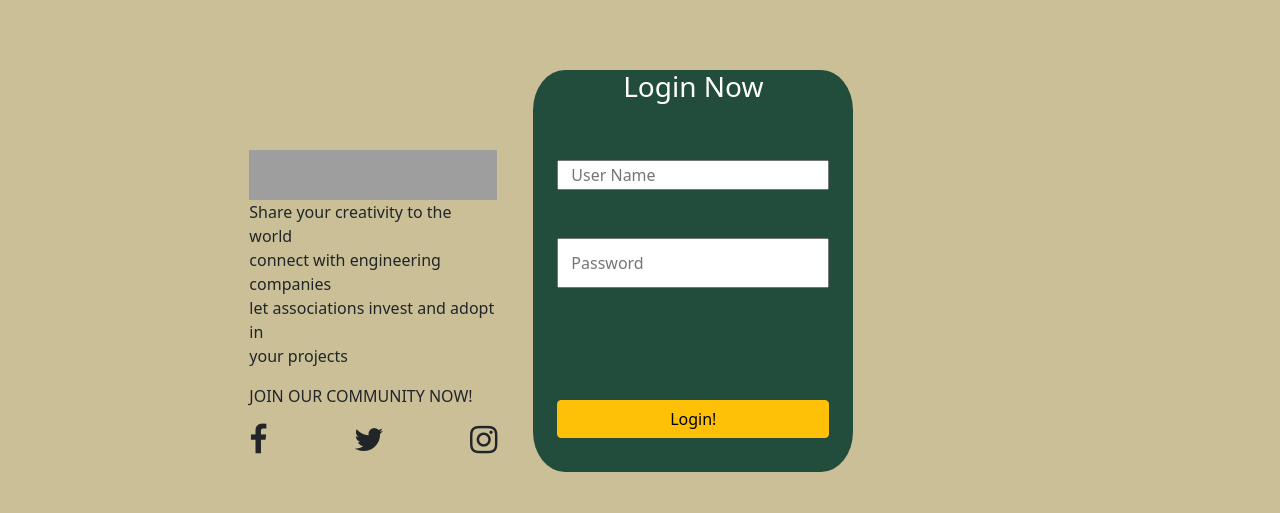
Repository: ahmadjamal-1997/Project-Taqadam
Page: http://localhost/Taqadam/WEB-INF/login.jsp
These files come from the project's save history. The page is drawn as it stood at one moment and after the next save; the edit follows.
The browser window is 1280 px wide. The pictures show the whole page.
Pictures or frames that could not be fetched are drawn as grey boxes. The page is served by Tomcat 9. Nobody is signed in. The template is opened directly, without the code that normally fills it, so the values that code supplies are empty.

Above is the page before, as saved 2022-03-31 10:32:56.

After the next save:
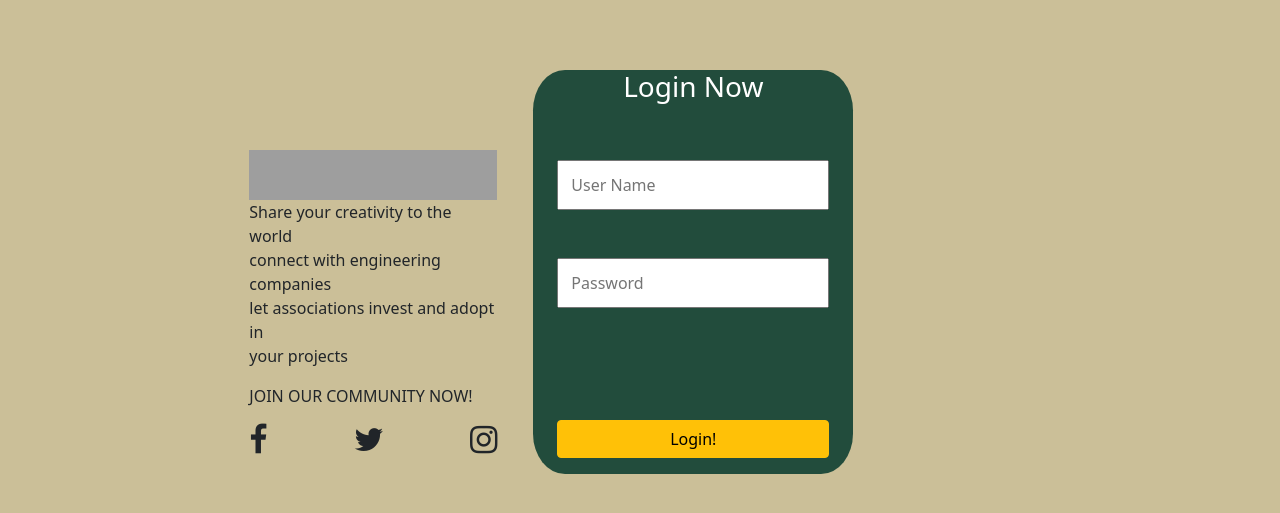
Saved 15 s later.
--- a/Taqadam-new/Taqadam-java/Taqadam-new/Taqadam/src/main/webapp/WEB-INF/login.jsp
+++ b/Taqadam-new/Taqadam-java/Taqadam-new/Taqadam/src/main/webapp/WEB-INF/login.jsp
@@ -54,7 +54,7 @@
 
                 <div class="container">
                 <form method="POST" action="/login">
-                <div class="row mb-3 mt-5">
+                <div class="row mb-3 mt-5" style="height:50px">
            			 <input type="text" id="email" name="username" placeholder="User Name"/>
       			</div>
 
